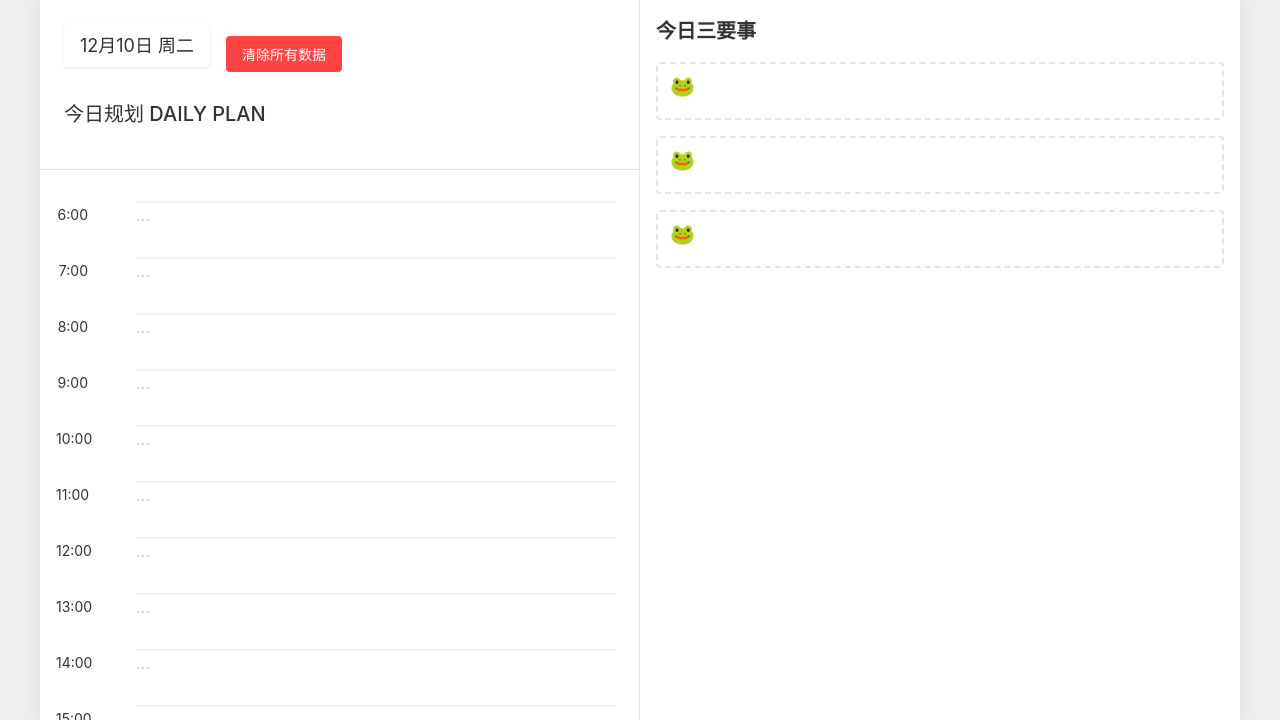
Repository: a6288a/Daily-Planner
Page: index.html
An editor plug-in stored every save of this project. The page is shown before and after the next save, followed by the edit.
The browser window is 1280 px wide. The pictures show the whole page.
An inner scrolling area shows only its first screen.

Above is the page before, as saved 2024-12-10 17:37:19.

### index.html
<!DOCTYPE html>
<html lang="zh">
<head>
    <meta charset="UTF-8">
    <meta name="viewport" content="width=device-width, initial-scale=1.0">
    <title>每日规划笔记本</title>
    <link rel="stylesheet" href="styles.css">
</head>
<body>
    <div class="container">
        <!-- 左侧时间轴区域 -->
        <div class="timeline-area">
            <!-- 顶部日期区域 -->
            <div class="date-header">
                <div class="header-controls">
                    <div class="current-date" id="current-date">
                        <!-- 日期将通过 JS 动态生成 -->
                    </div>
                    <button class="clear-all-btn" id="clearAllData">清除所有数据</button>
                </div>
                <h1 class="page-title">今日规划 DAILY PLAN</h1>
            </div>
            <div class="timeline-container" id="timeline-container">
                <!-- 时间轴将通过 JS 动态生成 -->
            </div>
        </div>

        <!-- 右侧区域 -->
        <div class="right-area">
            <!-- 三只青蛙区域 -->
            <div class="frogs-area">
                <h2 class="frogs-title">今日三要事</h2>
                <div class="frog-tasks">
                    <div class="frog-task">
                        <span class="frog-emoji">🐸</span>
                        <div class="task-content" data-index="0">点击设置重要事项</div>
                        <button class="task-clear" title="清除">×</button>
                    </div>
                    <div class="frog-task">
                        <span class="frog-emoji">🐸</span>
                        <div class="task-content" data-index="1">点击设置重要事项</div>
                        <button class="task-clear" title="清除">×</button>
                    </div>
                    <div class="frog-task">
                        <span class="frog-emoji">🐸</span>
                        <div class="task-content" data-index="2">点击设置重��事项</div>
                        <button class="task-clear" title="清除">×</button>
                    </div>
                </div>
            </div>

            <!-- 自由记录区域 -->
            <div class="free-area" id="free-area">
                <!-- 便签将通过 JS 动态生成 -->
            </div>
        </div>
    </div>
    <script src="script.js"></script>
</body>
</html>

### styles.css
:root {
    /* 纸张风格颜色变量 */
    --paper-color: #ffffff;
    --ink-color: #333333;
    --dot-color: #cccccc;
    --line-color: #e5e5e5;
    --accent-color: #4a90e2;

    /* 间距变量 */
    --spacing-unit: 8px;

    /* 字体变量 */
    --title-font: 'PingFang SC', -apple-system, BlinkMacSystemFont, 'Segoe UI', Roboto, sans-serif;
}

* {
    margin: 0;
    padding: 0;
    box-sizing: border-box;
}

body {
    font-family: var(--title-font);
    color: var(--ink-color);
    background-color: #f0f0f0;
    line-height: 1.5;
}

.container {
    display: grid;
    grid-template-columns: 1fr 1fr;
    min-height: 100vh;
    width: 100%;
    max-width: 1200px;
    margin: 0 auto;
    background: var(--paper-color);
    box-shadow: 0 0 20px rgba(0,0,0,0.1);
}

/* 日期头部样式 */
.date-header {
    padding: calc(var(--spacing-unit) * 3);
    border-bottom: 1px solid var(--line-color);
}

.page-title {
    font-size: 1.25rem;
    font-weight: 500;
    margin-bottom: calc(var(--spacing-unit) * 2);
    color: var(--ink-color);
}

.calendar {
    font-size: 0.75rem;
    color: var(--ink-color);
}

.month-grid {
    display: grid;
    grid-template-columns: repeat(12, 1fr);
    gap: 4px;
    margin-bottom: calc(var(--spacing-unit) * 2);
}

.weekday-row {
    display: grid;
    grid-template-columns: repeat(7, 1fr);
    gap: 4px;
}

/* 时间轴区域样式 */
.timeline-area {
    border-right: 1px solid var(--line-color);
    background: var(--paper-color);
    height: 100vh;
    overflow-y: auto;
    padding: 0;
}

.timeline-container {
    padding: calc(var(--spacing-unit) * 2);
}

.time-slot {
    position: relative;
    padding: calc(var(--spacing-unit) * 1.5) 0;
    margin-left: calc(var(--spacing-unit) * 6);
    min-height: 32px;
    display: flex;
    align-items: center;
}

.time-label {
    position: absolute;
    left: calc(var(--spacing-unit) * -6);
    top: 50%;
    transform: translateY(-50%);
    font-size: 0.875rem;
    color: var(--ink-color);
    width: calc(var(--spacing-unit) * 4);
    text-align: right;
}

.time-content {
    position: relative;
    flex: 1;
    margin-left: calc(var(--spacing-unit) * 3);
    min-height: 24px;
    padding: 4px 8px;
    cursor: text;
    z-index: 1;
}

/* 点状引导线 */
.time-content::before {
    content: '';
    position: absolute;
    left: calc(var(--spacing-unit) * -2);
    right: 8px;
    top: 50%;
    border-top: 1px dotted var(--dot-color);
    z-index: -1;
}

/* 时间轴内容的占位符 */
.time-content:empty::before {
    content: '...';
    color: var(--dot-color);
    position: absolute;
    left: 8px;
    top: 50%;
    transform: translateY(-50%);
    z-index: 0;
}

/* 时间轴内容的编辑状态 */
.time-content:focus {
    outline: none;
    background-color: rgba(74, 144, 226, 0.05);
}

.time-content:hover {
    background-color: rgba(0, 0, 0, 0.02);
}

/* 自由区域样式 */
.free-area {
    flex: 1;
    overflow: auto;
    padding: calc(var(--spacing-unit) * 2);
    position: relative;
    overflow: hidden;
}

.note {
    position: absolute;
    min-width: 200px;
    min-height: 120px;
    max-width: calc(100% - 20px);
    max-height: calc(100% - 20px);
    background: var(--paper-color);
    border-radius: 4px;
    padding: 0;
    box-shadow: 0 2px 4px rgba(0,0,0,0.1);
    user-select: none;
    transform: translate3d(0, 0, 0);
    transition: box-shadow 0.2s ease;
}

.note:hover {
    box-shadow: 0 4px 8px rgba(0,0,0,0.15);
}

.editable {
    width: 100%;
    height: 100%;
    border: none;
    resize: none;
    font-family: inherit;
    font-size: 0.9375rem;
    color: var(--text-primary);
    background: transparent;
    padding: 0;
}

.editable:focus {
    outline: none;
}

/* 响应式设计 */
@media (max-width: 768px) {
    .container {
        grid-template-columns: 1fr; /* 在小屏幕上堆叠显示 */
    }

    .timeline-area,
    .right-area {
        height: 50vh; /* 上下各占一半 */
    }

    .time-label {
        font-size: 0.75rem;
        left: calc(var(--spacing-unit) * -6);
    }

    .note {
        min-width: 160px;
        min-height: 100px;
    }
}

/* 滚动条美化 */
::-webkit-scrollbar {
    width: 8px;
}

::-webkit-scrollbar-track {
    background: var(--background-color);
}

::-webkit-scrollbar-thumb {
    background: var(--primary-light);
    border-radius: 4px;
}

::-webkit-scrollbar-thumb:hover {
    background: var(--primary-color);
}

/* 修改右侧区域结构 */
.right-area {
    display: flex;
    flex-direction: column;
    height: 100vh;
    background: var(--background-color);
}

/* 三只蛙区域样式 */
.frogs-area {
    background: var(--surface-color);
    padding: calc(var(--spacing-unit) * 2);
    box-shadow: var(--shadow-1);
    border-bottom: 1px solid var(--border-color);
}

.frogs-title {
    font-size: 1.25rem;
    color: var(--text-primary);
    margin-bottom: calc(var(--spacing-unit) * 2);
    display: flex;
    align-items: center;
    gap: var(--spacing-unit);
}

.frog-emoji {
    font-size: 1.25rem;
    line-height: 1;
}

.frog-tasks {
    display: grid;
    gap: calc(var(--spacing-unit) * 2);
    margin-bottom: var(--spacing-unit);
}

.frog-task {
    display: flex;
    align-items: center;
    gap: calc(var(--spacing-unit) * 2);
    padding: calc(var(--spacing-unit) * 1.5);
    background: var(--paper-color);
    border: 2px dashed var(--line-color);
    border-radius: 4px;
    min-height: calc(var(--spacing-unit) * 6);
    transition: all 0.2s ease;
    cursor: pointer;
}

.frog-task:hover {
    border-color: var(--accent-color);
    background-color: rgba(74, 144, 226, 0.05);
}

.task-content {
    flex: 1;
    color: var(--text-secondary);
}

.task-content.has-content {
    color: var(--ink-color);
}

.task-clear {
    opacity: 0;
    background: none;
    border: none;
    font-size: 1.2rem;
    color: var(--text-secondary);
    cursor: pointer;
    padding: 4px;
    transition: all 0.2s ease;
}

.frog-task:hover .task-clear {
    opacity: 0.6;
}

.task-clear:hover {
    opacity: 1 !important;
    color: #ff4444;
}

/* 修改自由区域样式 */
.free-area {
    flex: 1;
    overflow: auto;
    padding: calc(var(--spacing-unit) * 2);
    position: relative;
}

/* 响应式设计更新 */
@media (max-width: 768px) {
    .container {
        grid-template-columns: 1fr;
    }

    .timeline-area,
    .right-area {
        height: 50vh;
    }

    .frogs-area {
        padding: var(--spacing-unit);
    }

    .frog-tasks {
        gap: var(--spacing-unit);
    }

    .frog-task {
        padding: var(--spacing-unit);
        min-height: calc(var(--spacing-unit) * 5);
    }
}

/* 修改日期头部样式 */
.current-date {
    font-size: 1rem;
    color: var(--ink-color);
    margin-bottom: calc(var(--spacing-unit) * 2);
    cursor: pointer;
    display: inline-block;
    padding: 8px 16px;
    border-radius: 4px;
    background-color: var(--paper-color);
    box-shadow: 0 1px 3px rgba(0,0,0,0.1);
    transition: all 0.2s ease;
}

.current-date:hover {
    background-color: var(--line-color);
    box-shadow: 0 2px 5px rgba(0,0,0,0.15);
}

/* 修改签样式 */
.note {
    position: absolute;
    min-width: 200px;
    min-height: 120px;
    background: var(--paper-color);
    border-radius: 4px;
    padding: 0;
    box-shadow: 0 2px 4px rgba(0,0,0,0.1);
    user-select: none;
    transform: translate3d(0, 0, 0);
}

.note-header {
    padding: 8px;
    background-color: rgba(0, 0, 0, 0.02);
    border-top-left-radius: 4px;
    border-top-right-radius: 4px;
    border-bottom: 1px solid var(--line-color);
    cursor: grab;
}

.note-header:active {
    cursor: grabbing;
}

.note-content {
    padding: calc(var(--spacing-unit) * 2);
    min-height: 80px;
    user-select: text;
}

.note-header {
    display: flex;
    justify-content: flex-end;
    margin-bottom: var(--spacing-unit);
}

.delete-note {
    background: none;
    border: none;
    color: var(--ink-color);
    cursor: pointer;
    padding: 4px;
    opacity: 0.6;
    transition: opacity 0.2s;
}

.delete-note:hover {
    opacity: 1;
}

/* 修改青蛙任务样式 */
.frog-task {
    display: flex;
    align-items: flex-start;
    gap: calc(var(--spacing-unit) * 2);
    padding: calc(var(--spacing-unit) * 1.5);
    background: var(--paper-color);
    border: 2px dashed var(--line-color);
    border-radius: 4px;
    min-height: calc(var(--spacing-unit) * 6);
    transition: all 0.2s ease;
}

.frog-emoji {
    font-size: 1.25rem;
    line-height: 1;
}

.task-content {
    flex: 1;
    min-height: 24px;
    position: relative;
    pointer-events: none;
}

.task-content:empty::before {
    content: attr(data-placeholder);
    color: var(--dot-color);
    position: absolute;
    pointer-events: none;
}

/* 拖拽相关样式 */
.dragging {
    opacity: 0.5;
    cursor: grabbing;
}

.drag-over {
    border-color: var(--accent-color);
    background-color: rgba(74, 144, 226, 0.1);
    transform: scale(1.02);
}

/* 日期显示样式 */
.current-date {
    font-size: 1rem;
    color: var(--ink-color);
    margin-bottom: calc(var(--spacing-unit) * 2);
    cursor: pointer;
    display: inline-block;
    padding: 8px 16px;
    border-radius: 4px;
    background-color: var(--paper-color);
    box-shadow: 0 1px 3px rgba(0,0,0,0.1);
    transition: all 0.2s ease;
}

.current-date:hover {
    background-color: var(--line-color);
    box-shadow: 0 2px 5px rgba(0,0,0,0.15);
}

/* 便签内容样式 */
.note-content {
    min-height: 60px;
    outline: none;
    padding: 4px;
}

.note-content:focus {
    background-color: rgba(74, 144, 226, 0.05);
}

/* 日期选择器容器 */
.date-picker-container {
    position: relative;
    margin-bottom: calc(var(--spacing-unit) * 2);
}

.current-date {
    font-size: 1.125rem;
    color: var(--ink-color);
    cursor: pointer;
    display: inline-block;
    padding: 8px 16px;
    border-radius: 4px;
    background-color: var(--paper-color);
    box-shadow: 0 1px 3px rgba(0,0,0,0.1);
    transition: all 0.2s ease;
    user-select: none;
}

.current-date:hover {
    background-color: var(--line-color);
    box-shadow: 0 2px 5px rgba(0,0,0,0.15);
}

/* 自定义日期选择样式 */
input[type="date"] {
    position: absolute;
    top: 0;
    left: 0;
    opacity: 0;
    width: 100%;
    height: 100%;
    cursor: pointer;
}

.note {
    transition: transform 0.2s ease;
}

.dragging-to-frog {
    transform: scale(0.95);
    opacity: 0.8;
    cursor: move !important;
}

.dragging {
    opacity: 0.5;
}

.task-menu {
    position: absolute;
    background: white;
    border-radius: 4px;
    box-shadow: 0 2px 10px rgba(0,0,0,0.1);
    max-width: 300px;
    max-height: 400px;
    overflow-y: auto;
    z-index: 1000;
}

.menu-section {
    padding: 8px;
}

.menu-section h3 {
    font-size: 0.9rem;
    color: var(--text-secondary);
    margin-bottom: 8px;
}

.menu-item {
    padding: 8px;
    cursor: pointer;
    border-radius: 4px;
    transition: all 0.2s ease;
}

.menu-item:hover {
    background-color: rgba(74, 144, 226, 0.1);
}

.header-controls {
    display: flex;
    align-items: center;
    gap: 16px;
    margin-bottom: calc(var(--spacing-unit) * 2);
}

.clear-all-btn {
    padding: 8px 16px;
    background-color: #ff4444;
    color: white;
    border: none;
    border-radius: 4px;
    cursor: pointer;
    font-size: 0.875rem;
    transition: all 0.2s ease;
}

.clear-all-btn:hover {
    background-color: #ff6666;
}

Loaded but not shown: script.js (577 lines, source omitted)

After the next save:
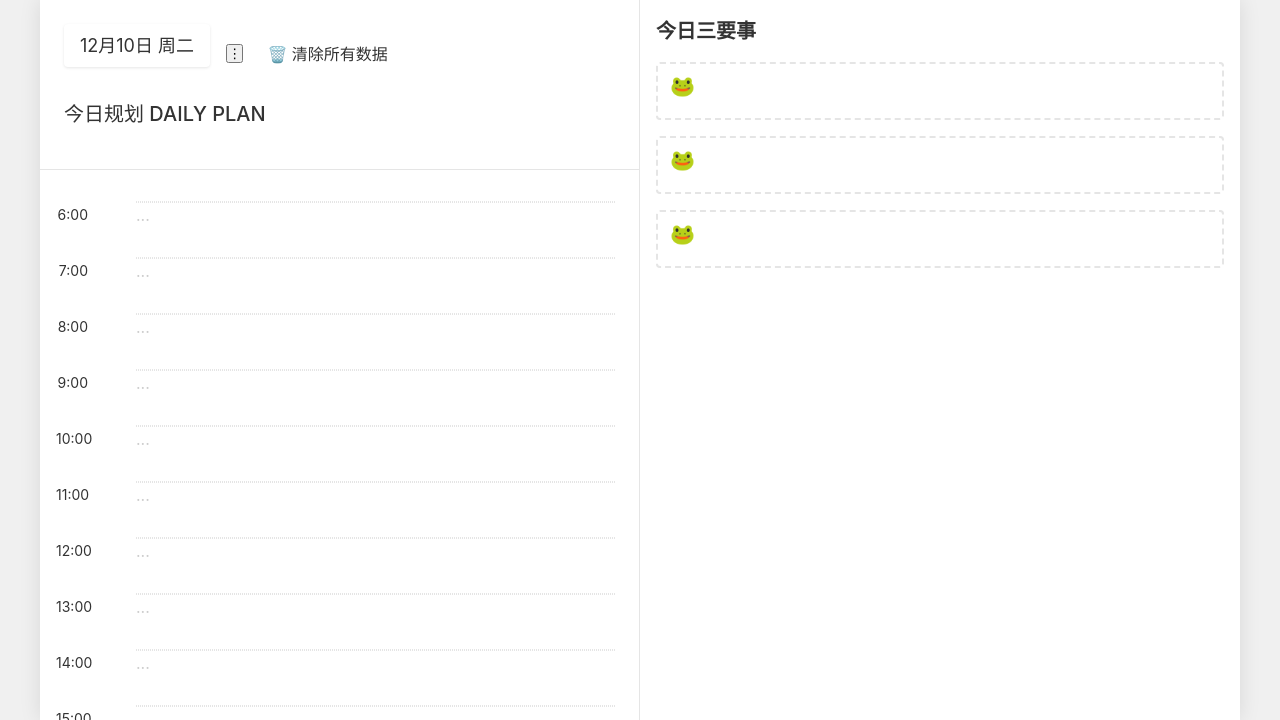
Saved 2 min 27 s later.
--- a/index.html
+++ b/index.html
@@ -16,7 +16,13 @@
                     <div class="current-date" id="current-date">
                         <!-- 日期将通过 JS 动态生成 -->
                     </div>
-                    <button class="clear-all-btn" id="clearAllData">清除所有数据</button>
+                    <button class="menu-trigger" id="menuTrigger">⋮</button>
+                    <div class="header-menu" id="headerMenu">
+                        <div class="menu-item danger" id="clearAllData">
+                            <span class="menu-icon">🗑️</span>
+                            <span>清除所有数据</span>
+                        </div>
+                    </div>
                 </div>
                 <h1 class="page-title">今日规划 DAILY PLAN</h1>
             </div>
@@ -43,7 +49,7 @@
                     </div>
                     <div class="frog-task">
                         <span class="frog-emoji">🐸</span>
-                        <div class="task-content" data-index="2">点击设置重��事项</div>
+                        <div class="task-content" data-index="2">点击设置重要事项</div>
                         <button class="task-clear" title="清除">×</button>
                     </div>
                 </div>
